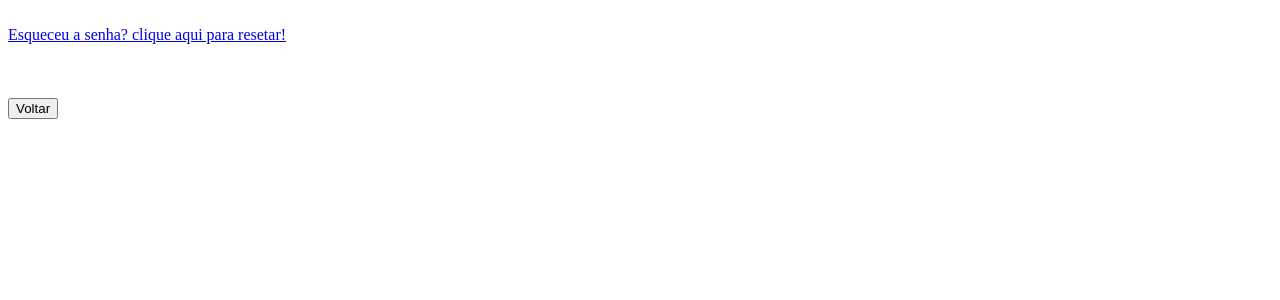
Repository: marceloms17/Health-track
Page: http://localhost/MMS_HealthTrack/ErrorUsuSenha.jsp
The author's editor kept a copy of each file at every save. The page is drawn from the files as they stood at one save, then again after the next save.
The browser window is 1280 px wide. The pictures show the whole page.
The page is served by Tomcat 9.

Above is the page before, as saved 2017-11-15 23:03:09.

### MMS_HealthTrack/WebContent/ErrorUsuSenha.jsp
<%@ page language="java" contentType="text/html; charset=ISO-8859-1"
    pageEncoding="ISO-8859-1"%>
<!DOCTYPE html PUBLIC "-//W3C//DTD HTML 4.01 Transitional//EN" "http://www.w3.org/TR/html4/loose.dtd">
<html>
<head>
<meta http-equiv="Content-Type" content="text/html; charset=ISO-8859-1">
<title>Usuario ou senha incorretos</title>
</head>
<body>
	<form action="">
		<div class="cols-sm-10">
			<br>
			 <a href="esqueciasenha.jsp" class="forgot-password">
              Esqueceu a senha? clique aqui para resetar! </br >
			 </a>
		 </div>
	 <br>
	 <br>
	 <br>
    <div class="cols-sm-10">
	<a href="index.jsp"> <button class="btn btn-lg btn-primary btn-block btn-signin" type="submit">Voltar</button></a>
	</div>
	</form>
</body>
</html>

After the next save:
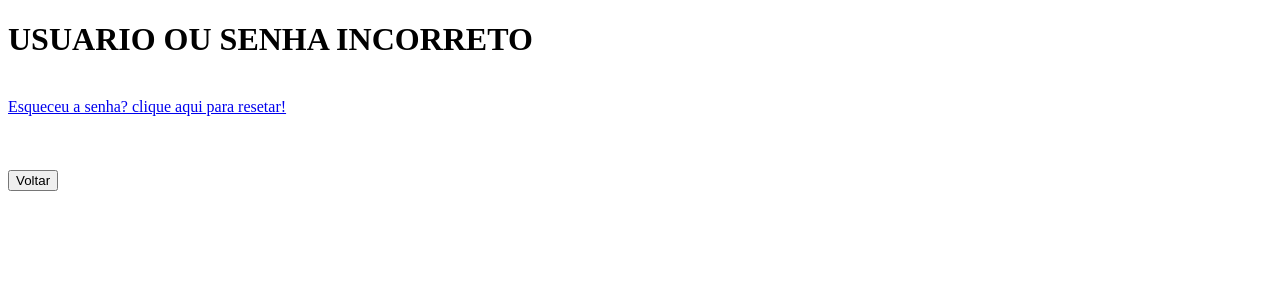
Saved 104 s later.
--- a/MMS_HealthTrack/WebContent/ErrorUsuSenha.jsp
+++ b/MMS_HealthTrack/WebContent/ErrorUsuSenha.jsp
@@ -8,6 +8,11 @@
 </head>
 <body>
 	<form action="">
+	<Div>
+	<h1> USUARIO OU SENHA INCORRETO
+	</h1>
+
+	</Div>
 		<div class="cols-sm-10">
 			<br>
 			 <a href="esqueciasenha.jsp" class="forgot-password">
